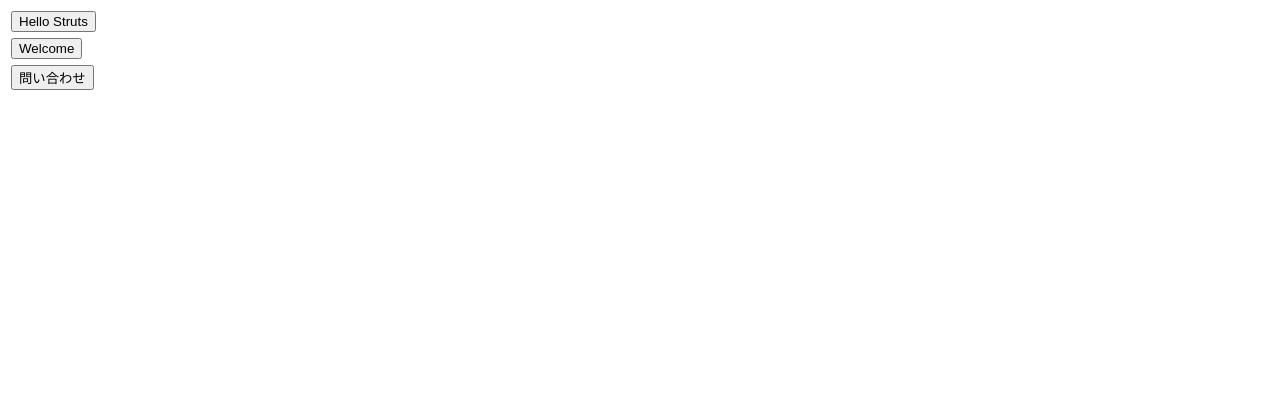
Repository: 1209mori05/test
Page: http://localhost/WebProj4/
The author's editor kept a copy of each file at every save. The page is drawn from the files as they stood at one save, then again after the next save.
The browser window is 1280 px wide. The pictures show the whole page.
The page is served by Tomcat 9. Other server files are loaded and not shown.

Above is the page before, as saved 2018-03-16 06:42:06.

### WebProj4/WebContent/index.jsp
<%@ page language="java" contentType="text/html; charset=UTF-8"
    pageEncoding="UTF-8"%>
<%@ taglib prefix="s" uri="/struts-tags" %>

<!DOCTYPE html>
<html>
<head>
<meta charset="UTF-8">
<title>INDEX</title>
</head>
<body>
	<s:form action="HelloStrutsAction">
		<s:submit value="Hello Struts" />
	</s:form>

	<s:form action="WelcomeAction">
		<s:submit value="Welcome" />
	</s:form>

	<s:form action="InquiryAction">
		<s:submit value="問い合わせ" />
	</s:form>

</body>
</html>

After the next save:
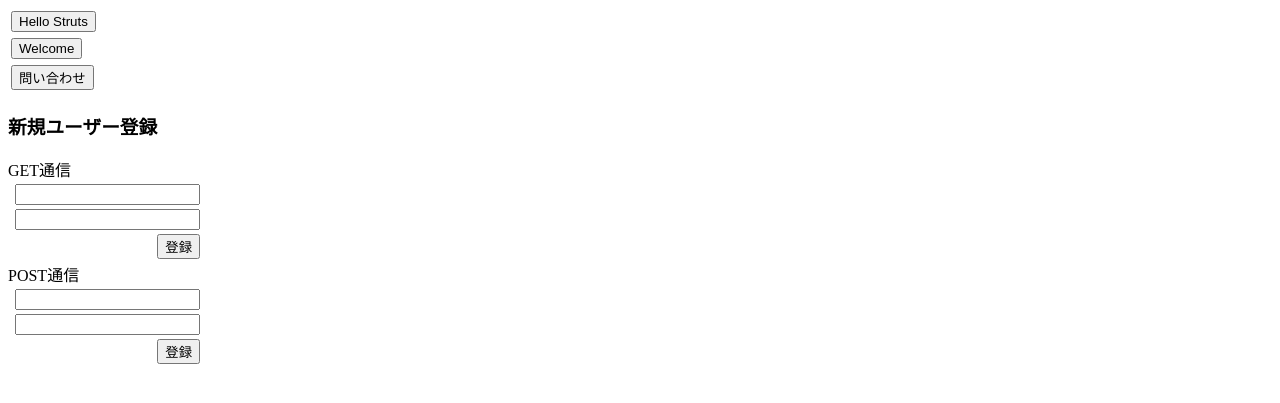
Saved 2 min 6 s later.
--- a/WebProj4/WebContent/index.jsp
+++ b/WebProj4/WebContent/index.jsp
@@ -21,5 +21,19 @@
 		<s:submit value="問い合わせ" />
 	</s:form>
 
+	<h3>新規ユーザー登録</h3>
+	GET通信
+	<s:form method="get" action="TestAction">
+		<s:textfield name="username" />
+		<s:password name="password" />
+		<s:submit value="登録" />
+	</s:form>
+	POST通信
+	<s:form method="post" action="TestAction">
+		<s:textfield name="username" />
+		<s:password name="password" />
+		<s:submit value="登録" />
+	</s:form>
+
 </body>
 </html>
